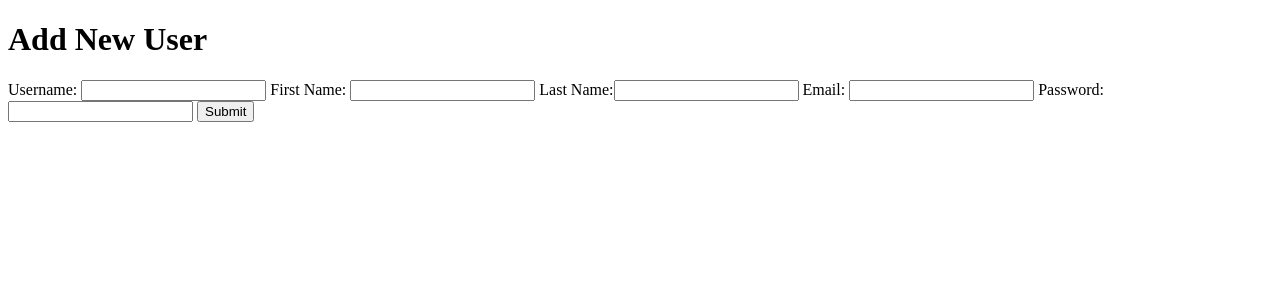
Repository: Dimitris-Kaler/Keycloak-Admin-Web-Interface
Page: http://localhost/rest-api/src/webapp/createUser.jsp
An editor plug-in stored every save of this project. The page is shown before and after the next save, followed by the edit.
The browser window is 1280 px wide. The pictures show the whole page.
The page is served by Tomcat 9.

Above is the page before, as saved 2023-12-22 18:30:41.

After the next save:
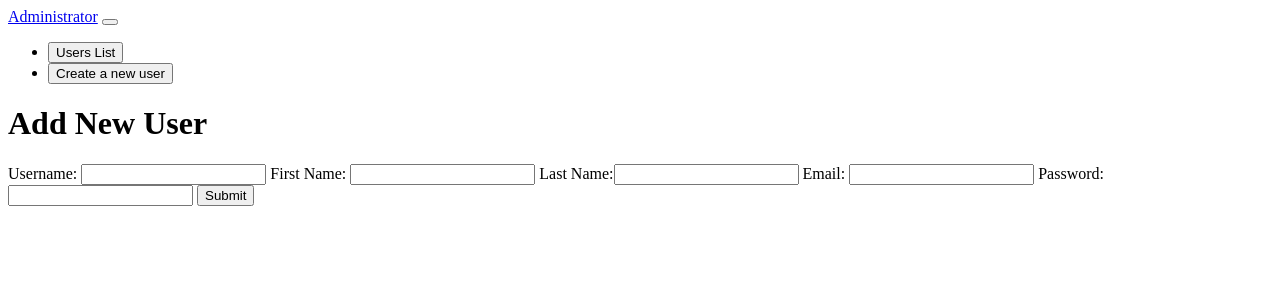
Saved 90 s later.
--- a/rest-api/src/webapp/createUser.jsp
+++ b/rest-api/src/webapp/createUser.jsp
@@ -7,6 +7,27 @@
 <title>Insert title here</title>
 </head>
 <body>
+	   <nav class="navbar navbar-expand-lg navbar-light bg-light">
+        <a class="navbar-brand" href="#">Administrator</a>
+        <button class="navbar-toggler" type="button" data-toggle="collapse" data-target="#navbarNav"
+            aria-controls="navbarNav" aria-expanded="false" aria-label="Toggle navigation">
+            <span class="navbar-toggler-icon"></span>
+        </button>
+        <div class="collapse navbar-collapse" id="navbarNav">
+            <ul class="navbar-nav">
+                <li class="nav-item active">
+                    <form class="form-inline my-2 my-lg-0" action="userRepository" method="GET">
+                        <button class="btn btn-outline-primary my-2 my-sm-0" type="submit">Users List</button>
+                    </form>
+                </li>
+                <li class="nav-item">
+                    <form class="form-inline my-2 my-lg-0 mx-3" action="createUser" method="GET">
+                        <button class="btn btn-outline-primary my-2 my-sm-0" type="submit">Create a new user</button>
+                    </form>
+                </li>
+            </ul>
+        </div>
+    </nav>
 <h1>Add New User</h1>
 <form action="addUser"method="POST" >
 Username: <input type="text" name="Username">
